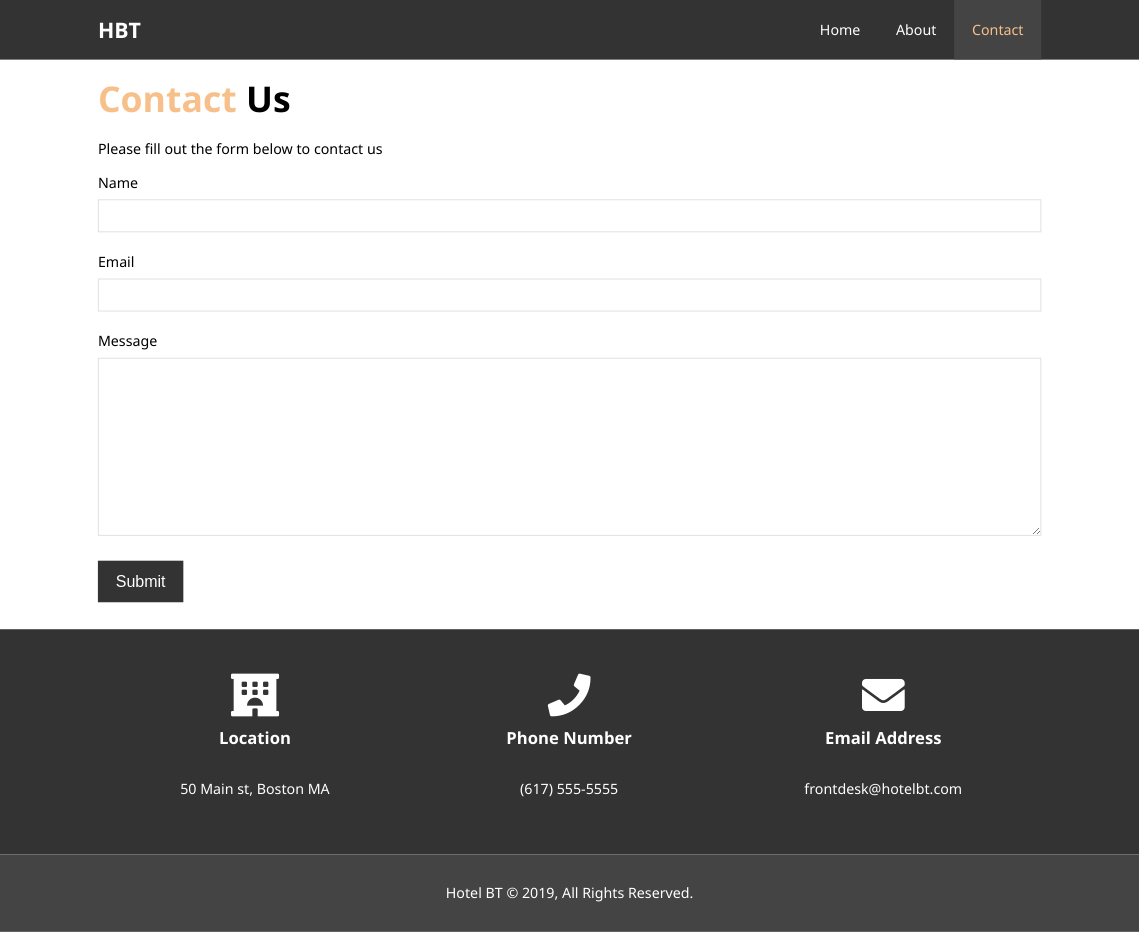
Repository: minhtien9/hotel-website
Page: contact.html
These files come from the project's save history. The page is drawn as it stood at one moment and after the next save; the edit follows.
The browser window is 1280 px wide. The pictures show the whole page, at 89% of full size.

Above is the page before, as saved 2021-08-14 19:04:40.

### contact.html
<!DOCTYPE html>
<html lang="en">

<head>
    <meta charset="UTF-8" />
    <meta http-equiv="X-UA-Compatible" content="IE=edge" />
    <meta name="viewport" content="width=device-width, initial-scale=1.0" />
    <meta name="description" content="Welcome to the most extraordinary hotel in Boston Massachusetts" />
    <meta name="keywords" content="hotel, boston hotel, new england hotel" />
    <link rel="stylesheet" href="https://cdnjs.cloudflare.com/ajax/libs/font-awesome/5.15.4/css/all.min.css" integrity="sha512-1ycn6IcaQQ40/MKBW2W4Rhis/DbILU74C1vSrLJxCq57o941Ym01SwNsOMqvEBFlcgUa6xLiPY/NS5R+E6ztJQ==" crossorigin="anonymous" referrerpolicy="no-referrer"
    />
    <link rel="stylesheet" href="css/style.css" />
    <title>Hotel BT | Contact</title>
</head>

<body>
    <header>
        <nav id="navbar">
            <div class="container">
                <h1 class="logo">
                    <a href="index.html"></a> HBT</h1>
                <ul>
                    <li><a href="index.html">Home</a></li>
                    <li><a href="about.html">About</a></li>
                    <li><a class="current" href="contact.html">Contact</a></li>
                </ul>
            </div>
        </nav>
    </header>
    <section id="contact-form" class="py-3">
        <div class="container">
            <h1 class="l-heading"><span class="text-primary">Contact</span> Us</h1>
            <p>Please fill out the form below to contact us</p>
            <form action="process.php">
                <div class="form-group">
                    <label for="name">Name</label>
                    <input type="text" name="name" id="name" />
                </div>
                <div class="form-group">
                    <label for="email">Email</label>
                    <input type="email" name="email" id="email" />
                </div>
                <div class="form-group">
                    <label for="message">Message</label>
                    <textarea name="message" id="message"></textarea>
                </div>
                <button type="submit" class="btn">Submit</button>
            </form>
        </div>
    </section>

    <section id="contact-info" class="bg-dark">
        <div class="container">
            <div class="box">
                <i class="fas fa-hotel fa-3x"></i>
                <h3>Location</h3>
                <p>50 Main st, Boston MA</p>
            </div>
            <div class="box">
                <i class="fas fa-phone fa-3x"></i>
                <h3>Phone Number</h3>
                <p>(617) 555-5555</p>
            </div>
            <div class="box">
                <i class="fas fa-envelope fa-3x"></i>
                <h3>Email Address</h3>
                <p>frontdesk@hotelbt.com</p>
            </div>
        </div>
    </section>
    <footer id="main-footer">
        <p>Hotel BT &copy; 2019, All Rights Reserved.</p>
    </footer>
</body>

</html>

### css/style.css
/* Reset */

* {
    margin: 0;
    padding: 0;
    box-sizing: border-box;
}


/* Main Styling */

html,
body {
    font-family: 'Segoe UI', Tahoma, Geneva, Verdana, sans-serif;
    line-height: 1.7em;
}

a {
    color: #333;
    text-decoration: none;
}

h1,
h2,
h3 {
    padding-bottom: 20px;
}

p {
    margin: 10px 0;
}


/* Utility Classes */

.container {
    margin: auto;
    max-width: 1100px;
    overflow: auto;
    padding: 0 20px;
}

.text-primary {
    color: #f7c08a;
}

.lead {
    font-size: 20px;
}

.btn {
    display: inline-block;
    font-size: 18px;
    color: #fff;
    background: #333;
    padding: 13px 20px;
    border: none;
    cursor: pointer;
}

.btn:hover {
    background: #f7c08a;
    color: #333;
}

.btn-light {
    background: #f4f4f4;
    color: #333;
}

.bg-dark {
    background: #333;
    color: #fff;
}

.bg-light {
    background: #f4f4f4;
    color: #333;
}

.bg-primary {
    background: #f7c08a;
    color: #333;
}

.clr {
    clear: both;
}

.l-heading {
    font-size: 40px;
}


/* Padding */

.py-1 {
    padding: 10px 0;
}

.py-2 {
    padding: 20px 0;
}

.py-3 {
    padding: 30px 0;
}


/* Navbar */

#navbar {
    background: #333;
    color: #fff;
    overflow: auto;
}

#navbar a {
    color: #fff;
}

#navbar h1 {
    float: left;
    padding-top: 20px;
}

#navbar ul {
    list-style: none;
    float: right;
}

#navbar ul li {
    float: left;
}

#navbar ul li a {
    display: block;
    padding: 20px;
    text-align: center;
}

#navbar ul li a:hover,
#navbar ul li a.current {
    background: #444;
    color: #f7c08a;
}


/* Show case */

#showcase {
    background: url('../img/showcase.jpg') no-repeat center center/cover;
    height: 600px;
}

#showcase .showcase-content {
    color: #fff;
    text-align: center;
    padding-top: 170px;
}

#showcase .showcase-content h1 {
    font-size: 60px;
    line-height: 1.2em;
}

#showcase .showcase-content p {
    padding: bottom 20px;
    line-height: 1.7em;
}


/* Home info */

#home-info {
    height: 400px;
}

#home-info .info-img {
    float: left;
    width: 50%;
    background: url('../img/photo-1.jpg') no-repeat;
    min-height: 100%;
}

#home-info .info-content {
    float: right;
    width: 50%;
    height: 100%;
    text-align: center;
    padding: 50px 30px;
    overflow: hidden;
}

#home-info .info-content p {
    padding-bottom: 30px;
}


/* Features */

.box {
    float: left;
    width: 33.3%;
    padding: 50px;
    text-align: center;
}

.box i {
    margin-bottom: 10px;
}


/* About */

#about-info .info-right {
    float: right;
    width: 50%;
    min-height: 100%;
}

#about-info .info-right img {
    display: block;
    margin: auto;
    width: 70%;
    border-radius: 50%;
}

#about-info .info-left {
    float: left;
    width: 50%;
    min-height: 100%;
}


/* Testimonials */

#testimonials {
    height: 600px;
    background: url('../img/test-bg.jpg') no-repeat center center/cover;
    padding-top: 100px;
}

#testimonials h2 {
    color: #fff;
    text-align: center;
    padding-bottom: 40px;
}

#testimonials .testimonial {
    padding: 20px;
    margin-bottom: 40px;
    border-radius: 5px;
    opacity: 0.9;
}

#testimonials .testimonial img {
    width: 100px;
    float: left;
    margin: -13px 20px 0 0;
    border-radius: 50%;
}


/* Contact form */

#contact-form .form-group {
    margin-bottom: 20px;
}

#contact-form label {
    display: block;
    margin-bottom: 5px;
}

#contact-form input,
#contact-form textarea {
    width: 100%;
    padding: 10px;
    border: 1px #ddd solid;
}

#contact-form textarea {
    height: 200px;
}

#contact-form input:focus,
#contact-form textarea:focus {
    outline: none;
    border-color: #f7c08a;
}


/* Footer */

#main-footer {
    text-align: center;
    background: #444;
    color: #fff;
    padding: 20px;
}

After the next save:
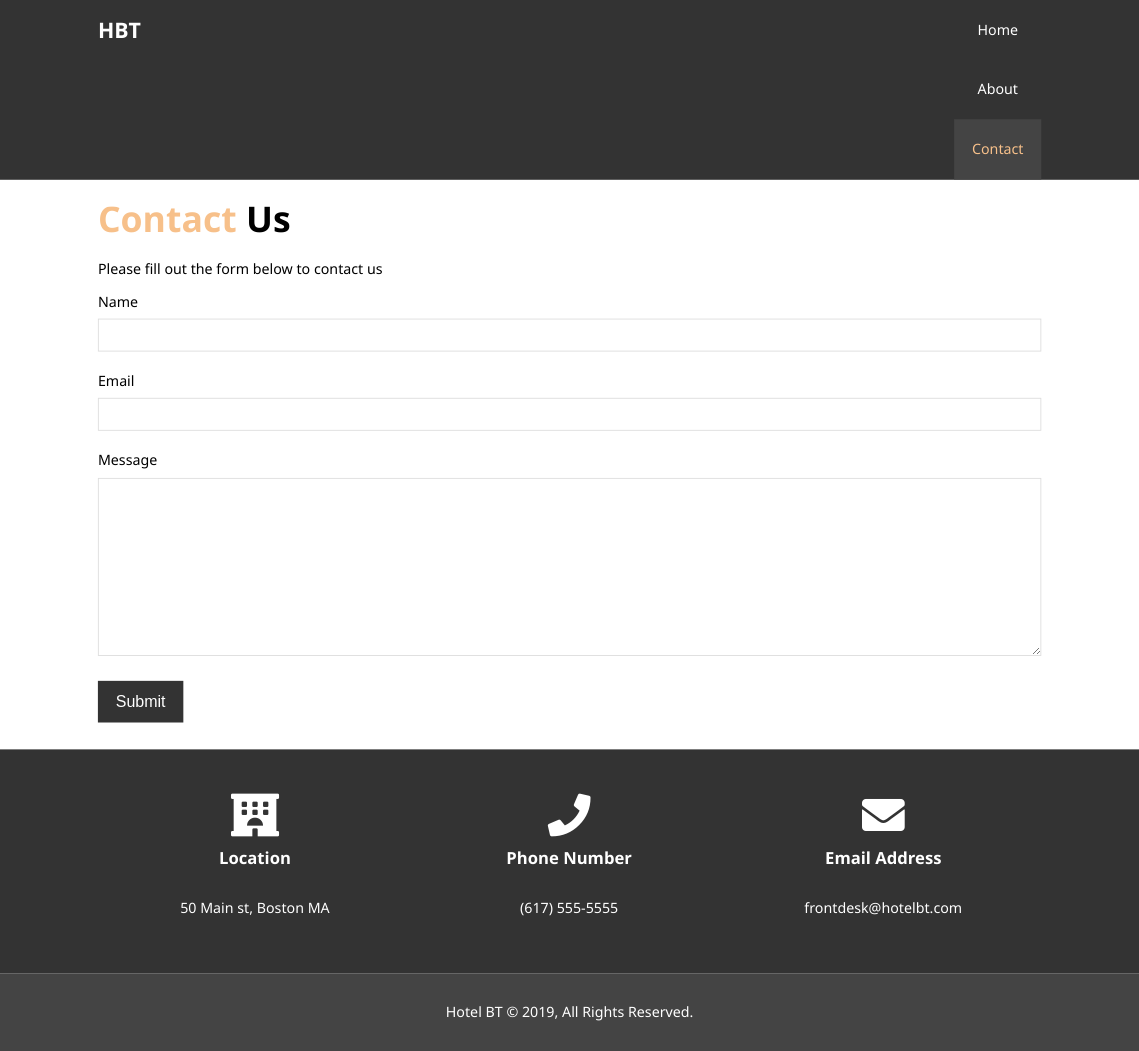
Saved 113 min 39 s later.
--- a/css/style.css
+++ b/css/style.css
@@ -129,9 +129,10 @@
     float: right;
 }
 
-#navbar ul li {
-    float: left;
-}
+
+/* #navbar ul li {
+    float: left;
+} */
 
 #navbar ul li a {
     display: block;

After the save that followed:
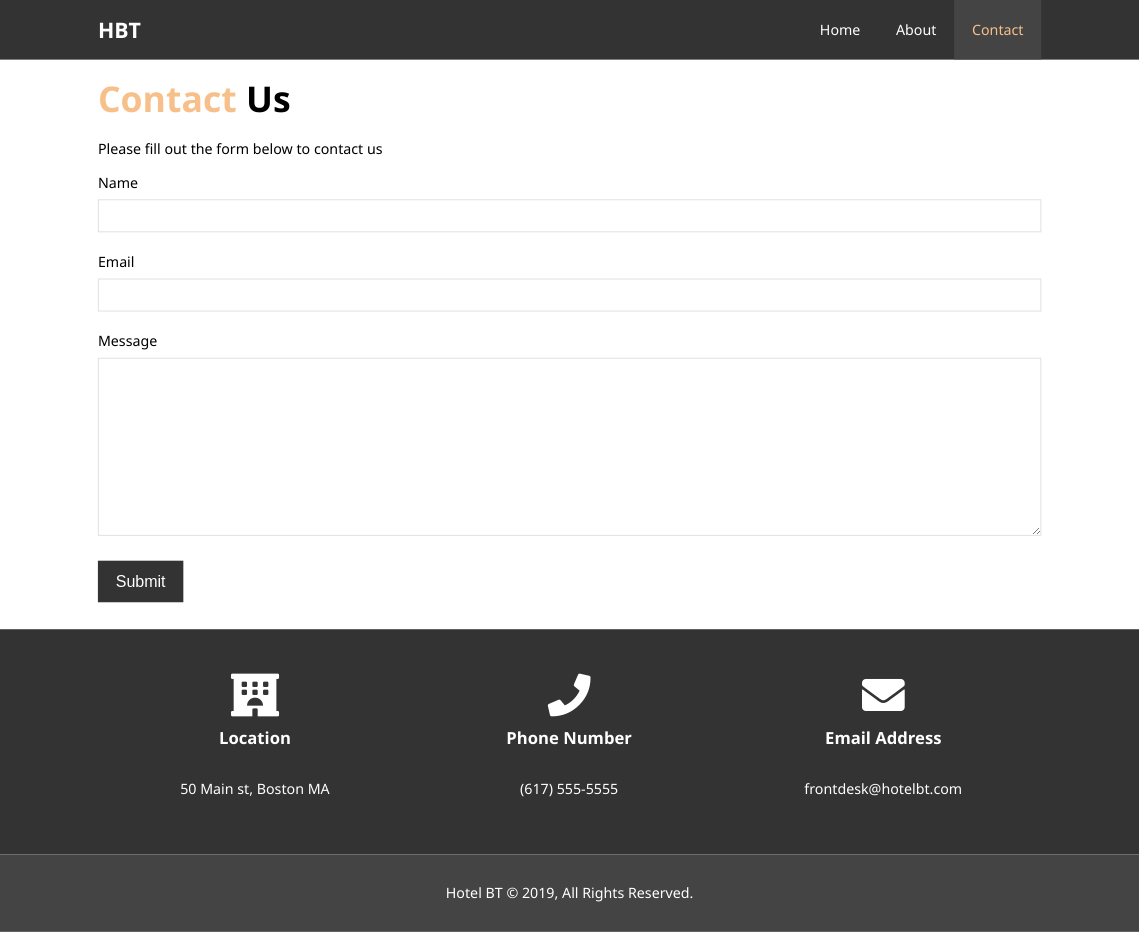
Saved 5 s later.
--- a/css/style.css
+++ b/css/style.css
@@ -129,10 +129,9 @@
     float: right;
 }
 
-
-/* #navbar ul li {
-    float: left;
-} */
+#navbar ul li {
+    float: left;
+}
 
 #navbar ul li a {
     display: block;
